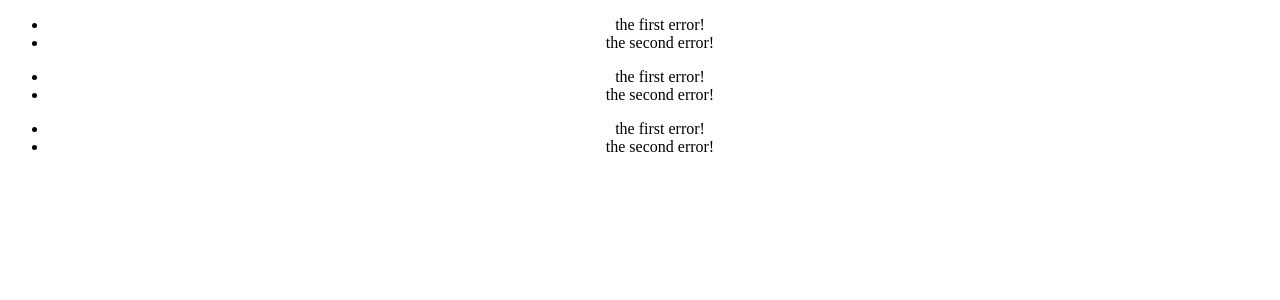
Repository: KingJF1/musical-octo-broccoli
Page: http://localhost/AliasInterceptorDemo/
These files come from the project's save history. The page is drawn as it stood at one moment and after the next save; the edit follows.
The browser window is 1280 px wide. The pictures show the whole page.
The page is served by Tomcat 9.

Above is the page before, as saved 2017-04-05 09:02:24.

After the next save:
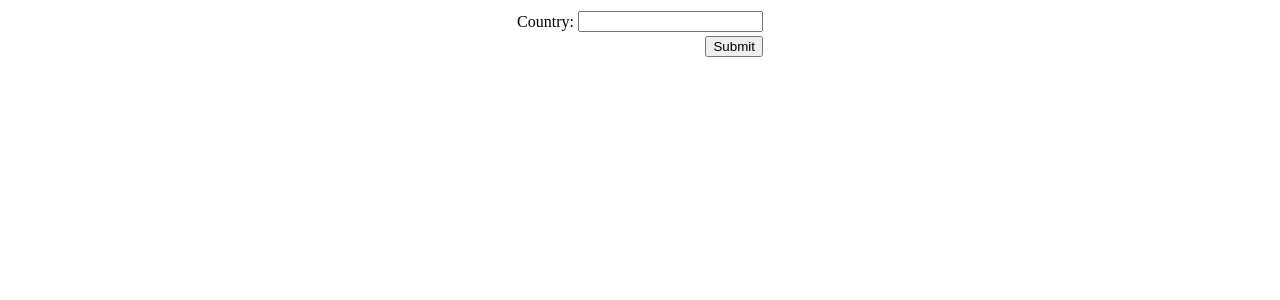
Saved 3 min 46 s later.
--- a/workspace/AliasInterceptorDemo/WebContent/index.jsp
+++ b/workspace/AliasInterceptorDemo/WebContent/index.jsp
@@ -9,7 +9,10 @@
 </head>
 <body>
 	<center>
-		<s:action name="user" namespace="/" executeResult="true"/>
+		<s:form action="firstaliasaction">
+		<s:textfield name="firstCountry" label="Country"/>
+		<s:submit/>
+		</s:form>
 	</center>
 </body>
 </html>
